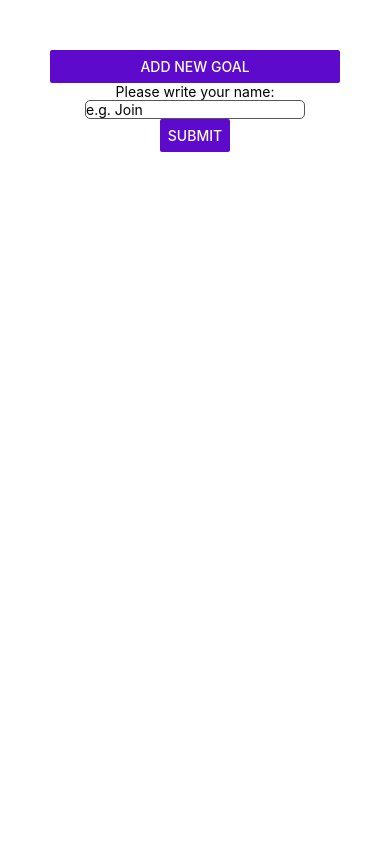
Repository: ntu34543/React-Native-Example1
Screen: /
The author's editor kept a copy of each file at every save. The screen is drawn from the files as they stood at one save, then again after the next save.
The app was drawn by React Native's web renderer in a window 390 px wide. The project was rebuilt for these pictures with package versions that can differ from the ones it lists, and the page was loaded fresh each time. Also part of the build but not shown: components/Goalltem.js.

Above is the screen before, as saved 2022-09-12 15:43:06.

After the next save:
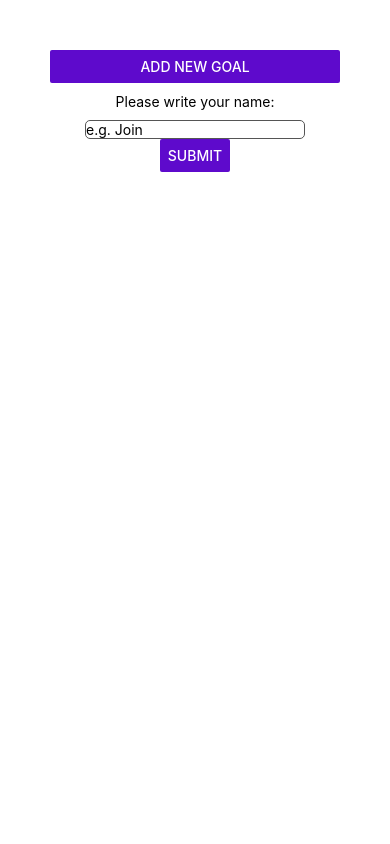
Saved 14 s later.
--- a/App.js
+++ b/App.js
@@ -114,6 +114,7 @@ const styles = StyleSheet.create({
   },
   text: {
     textAlign: "center",
+    margin: 10,
   },
   input: {
     borderWidth: 1,
